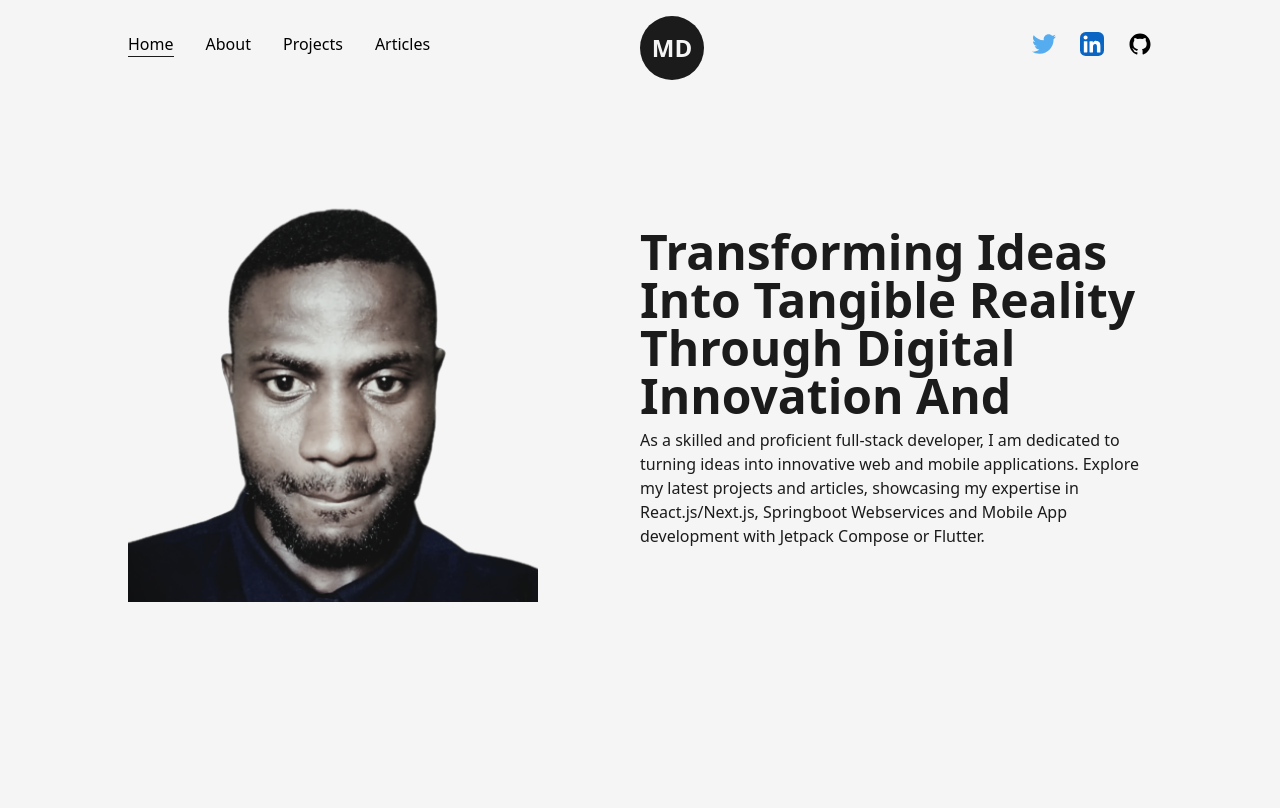
Repository: marcusdashe/situs
Page: /
These files come from the project's save history. The page is drawn as it stood at one moment and after the next save; the edit follows.
The browser window is 1280 px wide. The pictures show the whole page.
The project was rebuilt for these pictures with package versions that can differ from the ones it lists, and the page was loaded fresh each time. The framework's server and built-in components were replaced by stand-ins that run in the browser.

Above is the page before, as saved 2023-06-15 18:00:29.

### src/pages/_app.js
import Navbar from "@/components/Navbar";
import "@/styles/globals.css";
import Head from "next/head";
// import { IBM_Plex_Sans } from "next/font/google";

// const ibm = IBM_Plex_Sans({
//   subsets: ["latin"],
//   variable: "--font-mont",
// });

export default function App({ Component, pageProps }) {
  return (
    <>
      <Head>
        <meta name="viewport" content="width=device-width, initial-scale=1" />
        <link rel="icon" href="/favicon.ico" />
      </Head>
      <main className={`  bg-light w-full min-h-screen`}>
        <Navbar />
        <Component {...pageProps} />
      </main>
    </>
  );
}

### src/components/Navbar.jsx
import React from "react";
import { useRouter } from "next/router";
import Link from "next/link";
import Logo from "./Logo";
import { TwitterIcon, GithubIcon, LinkedInIcon } from "./Icons";
import { motion } from "framer-motion";

const CustomLink = ({ href, title, className = "" }) => {
  const router = useRouter();

  return (
    <Link href={href} className={`${className} relative group`}>
      {title}
      <span
        className={`h-[1px] inline-block bg-dark absolute left-0 -bottom-0.5 group-hover:w-full transition-[width] ease duration-300 ${
          router.asPath === href ? "w-full" : "w-0"
        }`}
      >
        &nbsp;
      </span>
    </Link>
  );
};

const Navbar = () => {
  return (
    <header
      className="w-full px-32 py-8 font-medium
            flex items-center justify-between"
    >
      <nav>
        <CustomLink href="/" title="Home" className="mr-4" />
        <CustomLink href="/about" title="About" className="mx-4" />
        <CustomLink href="/projects" title="Projects" className="mx-4" />
        <CustomLink href="/articles" title="Articles" className="ml-4" />
      </nav>

      <nav className="flex items-center justify-center flex-wrap">
        <motion.a
          href="https://www.twitter.com/marcusdashe"
          target={"_blank"}
          whileHover={{
            y: -2,
          }}
          whileTap={{ scale: 0.9 }}
          className="w-6 mx-3"
        >
          <TwitterIcon className="" />
        </motion.a>
        <motion.a
          href="https://www.linkedin.com/in/marcus-dashe-15a088202"
          target={"_blank"}
          whileHover={{
            y: -2,
          }}
          whileTap={{ scale: 0.9 }}
          className="w-6 mx-3"
        >
          <LinkedInIcon />
        </motion.a>
        <motion.a
          href="https://www.github.com/marcusdashe"
          target={"_blank"}
          whileHover={{
            y: -2,
          }}
          whileTap={{ scale: 0.9 }}
          className="w-6 ml-3"
        >
          <GithubIcon />
        </motion.a>
      </nav>
      <div className="absolute left-[50%] top-2 translate-x-[-50]">
        <Logo />
      </div>
    </header>
  );
};

export default Navbar;

### src/styles/globals.css
@import url("https://fonts.googleapis.com/css2?family=IBM+Plex+Sans:ital,wght@0,100;0,200;0,300;1,100;1,200&family=Inter:wght@300;400;500;600;700;800;900&display=swap");

@tailwind base;
@tailwind components;
@tailwind utilities;

### src/components/Layout.jsx
import React from "react";

const Layout = ({ children, className = "" }) => {
  return (
    <div className={`${className} w-full inline-block z-0 bg-light p-32  `}>
      {children}
    </div>
  );
};

export default Layout;

### src/components/AnimatedText.jsx
import React from "react";
import { motion } from "framer-motion";

const quote = {
  initial: {
    opacity: 0,
  },
  animate: {
    opacity: 1,
    transition: {
      delay: 0.5,
    },
  },
};

const AnimatedText = ({ text, className = "" }) => {
  return (
    <div className="w-full mx-auto py-2 flex items-center justify-center text-center overflow-hidden ">
      <motion.h1
        className={`inline-block w-full text-dark font-bold capitalize text-5xl ${className}`}
        variants={quote}
      >
        {text.split(" ").map((word, index) => (
          <span key={index} className="inline-block">
            {word}&nbsp;
          </span>
        ))}
      </motion.h1>
    </div>
  );
};

export default AnimatedText;

### src/components/Logo.jsx
"use client";

import React from "react";
import Link from "next/link";
import { motion } from "framer-motion";

const MotionLink = motion(Link);

const Logo = () => {
  return (
    <div className="flex items-center justify-center mt-2">
      <MotionLink
        href="/"
        className="w-16 h-16 bg-dark text-light flex items-center
        justify-center rounded-full text-2xl font-bold hover
      "
        whileHover={{
          scale: 1.5,
          backgroundColor: [
            "#121212",
            "rgba(131,58,180,1)",
            "rgba(253,29,29,1)",
            "rgba(252,176,69,1)",
            "rgba(131,58,180,1)",
            "#121212",
          ],
          transition: {
            duration: 1,
            repeat: Infinity,
          },
        }}
      >
        MD
      </MotionLink>
    </div>
  );
};

export default Logo;

Loaded but not shown: src/pages/index.js (46 lines, source omitted); tailwind.config.js (27 lines, source omitted); src/components/Icons.jsx (463 lines, source omitted)

After the next save:
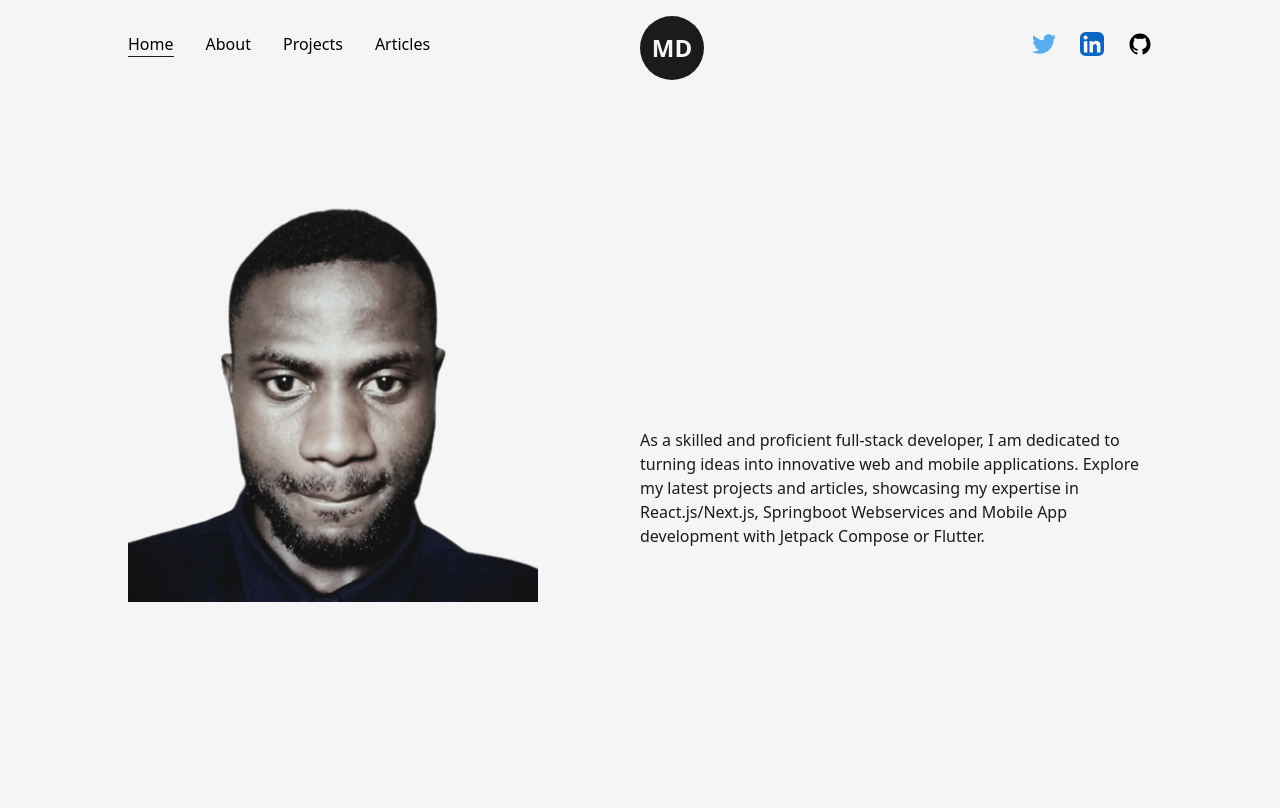
Saved 27 s later.
--- a/src/components/AnimatedText.jsx
+++ b/src/components/AnimatedText.jsx
@@ -19,6 +19,7 @@ const AnimatedText = ({ text, className = "" }) => {
       <motion.h1
         className={`inline-block w-full text-dark font-bold capitalize text-5xl ${className}`}
         variants={quote}
+        initial="initial"
       >
         {text.split(" ").map((word, index) => (
           <span key={index} className="inline-block">

After the 2 saves that followed:
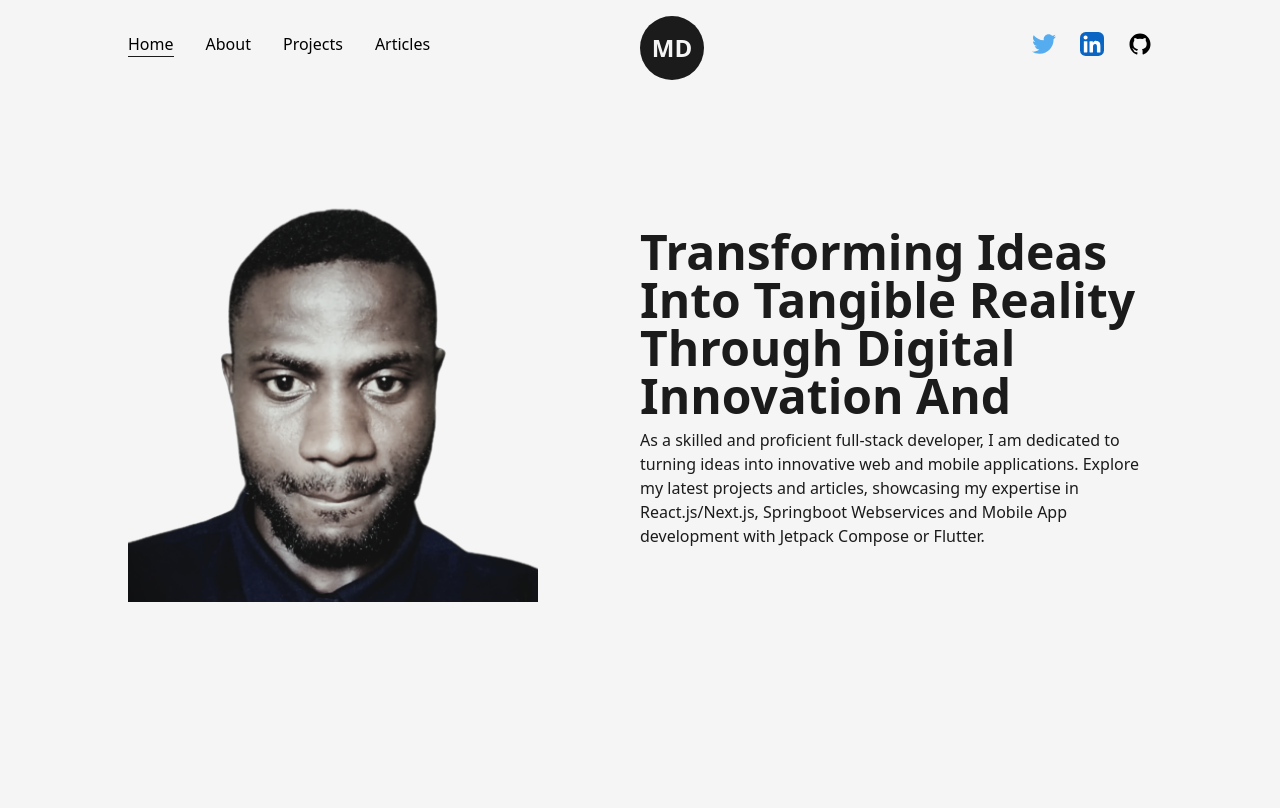
The 2 saves are shown as one change because 1 left the picture as it was.
The last was saved 100 s later.
--- a/src/components/AnimatedText.jsx
+++ b/src/components/AnimatedText.jsx
@@ -20,6 +20,7 @@ const AnimatedText = ({ text, className = "" }) => {
         className={`inline-block w-full text-dark font-bold capitalize text-5xl ${className}`}
         variants={quote}
         initial="initial"
+        animate="animate"
       >
         {text.split(" ").map((word, index) => (
           <span key={index} className="inline-block">
